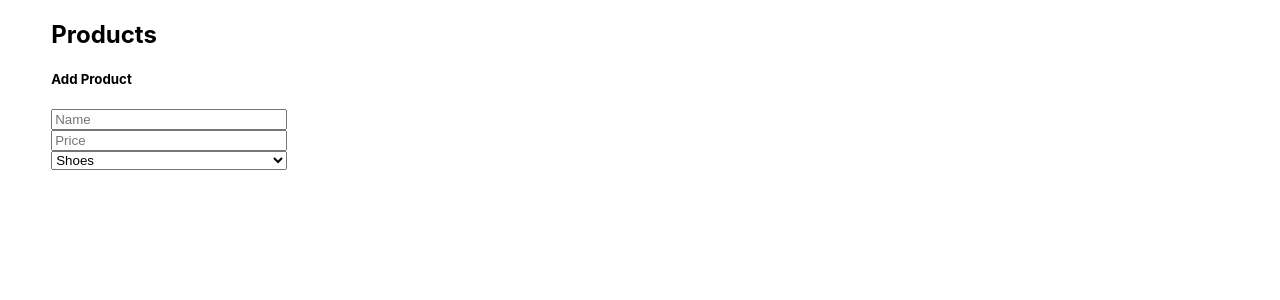
Repository: zcoderboy/redux-workout
Page: /
An editor plug-in stored every save of this project. The page is shown before and after the next save, followed by the edit.
The browser window is 1280 px wide. The pictures show the whole page.
The project was rebuilt for these pictures with package versions that can differ from the ones it lists, and the page was loaded fresh each time. Also part of the build but not shown: src/Product.js.

Above is the page before, as saved 2020-08-17 15:17:12.

After the next save:
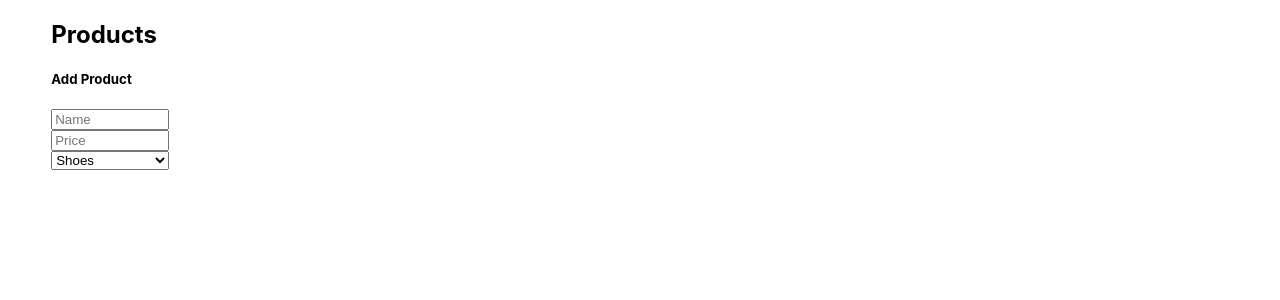
Saved 10 s later.
--- a/src/ProductAdd.js
+++ b/src/ProductAdd.js
@@ -8,7 +8,7 @@ const ProductAdd = (props) => {
       <form onSubmit="" style={{
         display: "flex",
         flexDirection: "column",
-        width: "20%"
+        width: "10%"
       }}>
         <input type="text" name="name" placeholder="Name"></input>
         <input type="number" name="price" placeholder="Price"></input>
